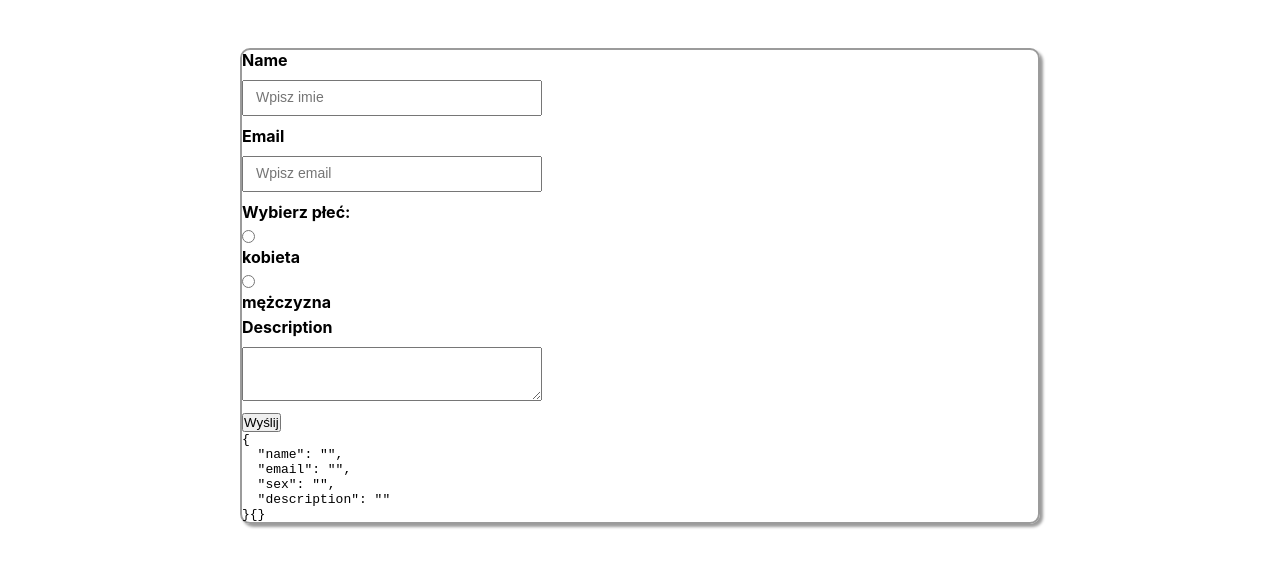
Repository: KrzysKolo/sr_tydzien4_zad3
Page: /
The author's editor kept a copy of each file at every save. The page is drawn from the files as they stood at one save, then again after the next save.
The browser window is 1280 px wide. The pictures show the whole page.
The project was rebuilt for these pictures with package versions that can differ from the ones it lists, and the page was loaded fresh each time. Also part of the build but not shown: src/components/FormComponents/TextError.js.

Above is the page before, as saved 2020-11-19 13:38:21.

### src/App.js
import React from 'react';
import './App.css';
import FormikContainer from './components/Formik/FormikContainer';
const App = () => {
  return (
    <main className="App">
      <FormikContainer />
    </main>
   );
}

export default App;

### src/App.css
* {
  margin: 0;
  padding: 0;
  box-sizing: border-box;
}
.form-wrapper {
  margin: 3rem auto;
  width: 800px;
  border: 2px solid rgb(155, 155, 155);
  border-radius: 10px;
  box-shadow: 3px 3px 3px rgb(155, 155, 155);
}

label {
  font-weight: bold;
  display: flex;
  margin-bottom: 5px;
}
input[type="text"],
input[type="email"],
textarea {
  display: block;
  width: 300px;
  padding: 6px 12px;
  font-size: 14px;
  line-height: 1.4285;
  color: #555;
  margin: 10px 0;
}

.error {
  color: red;
}

### src/components/Formik/FormikContainer.js
import React from 'react';
import { Formik, Form } from 'formik';
import * as yup from 'yup';
import FormikControl from './FormikControl';
import RadioOptions from './../../data/RadioOptions';

const FormikContainer = () => {
    const initialValues = {
        name: '',
        email: '',
        sex: '',
        description: '',
    }

    const validationSchema = yup.object({
        name: yup.string().required("Imię jest obowiązkowe!").min(2,"Twóje imię musi mieć więcej niż 2 znaki!").max(30,'Twoje imię może mieć maxymalnie 30 znaków!'),
        email: yup.string().required("Email jest wymagany").email("Adres zawiera błędy"),
        sex: yup.string().required('Zaznacz jedną wartość'),
        description: yup.string().required('Wpisz kilka słów').min(2, "Wpisz co najmniej 2 znaki").max(250, "Możesz wpisać max. 250 znaków"),
    });

    const onSubmit = values => {console.log('Form data: ', values)};
    return (
        <Formik
            initialValues={initialValues}
            validationSchema={validationSchema}
            onSubmit={onSubmit}
        >
            { ({formik, values, errors}) => (
                <Form className="form-wrapper">
                    <section className="section">
                        <FormikControl control='input' type='text' label='Name' name='name' placeholder="Wpisz imie"/>
                        <FormikControl control='input' type='email' label='Email' name='email' placeholder="Wpisz email"/>
                    </section>
                    <section className="section">
                        <FormikControl control='radio' label='Wybierz płeć: ' name='sex' options={RadioOptions}/>
                    </section>
                    <section className="section">
                        <FormikControl control='textarea' label='Description' name='description'/>
                    </section>
                    <button type="submit">Wyślij</button>
                    <pre>
                        {JSON.stringify(values, null, 2)}
                        {JSON.stringify(errors, null, 2)}

                    </pre>

                </Form>
            )

            }

        </Formik>
    )
}
export default FormikContainer;

### src/components/Formik/FormikControl.js
import Input from './../FormComponents/Input';
import Radio from './../FormComponents/Radio';
import TextArea from './../FormComponents/TextArea';

const FormikControl = (props) => {
    const { control, ...rest } = props;
    switch(control) {
        case 'input': return <Input {...rest} />
        case 'radio': return <Radio {...rest} />
        case 'textarea': return <TextArea {...rest} />
        default: return null
    }
}

export default FormikControl;

### src/data/RadioOptions.js
const RadioOptions=[
    { id: 0, value: "kobieta", label: 'kobieta' },
    { id: 1, value: "mężczyzna", label: 'mężczyzna' },
   ];
export default RadioOptions;

### src/components/FormComponents/Input.js
import React from 'react';
import{ Field, ErrorMessage } from 'formik';
import TextError from './TextError';

const Input = (props) => {
    const { label, name, ...rest } = props;
    return (
        <div className="form-control">
             <label htmlFor={name}>{label}</label>
            <Field id={name} name={name} {...rest} />
            <ErrorMessage name={name} component={TextError} />
        </div>
     );
}

export default Input;

### src/components/FormComponents/Radio.js
import React from 'react';
import{ Field, ErrorMessage } from 'formik';
import TextError from './TextError';

const Radio = (props) => {
    const { label, name, options, ...rest } = props;
    return (
        <div className="form-control">
            <label htmlFor={name}>{label}</label>
            <div className="radio-row">
                <Field name={name} {...rest}>
                    {
                    ({ field }) => {
                        return options.map(option => {
                            return (
                                <div className="radio-row" key={option.id} >
                                    <input type='radio' id={option.id} {...field} value={option.value} checked={field.value === option.value}/>
                                    <label htmlFor={option.id}>{option.label}</label>
                                </div>
                            )
                        })
                    }
                    }
                </Field>
            </div>
            <ErrorMessage name={name} component={TextError} />
        </div>
     );
}

export default Radio;

### src/components/FormComponents/TextArea.js
import React from 'react';
import{ Field, ErrorMessage } from 'formik';
import TextError from './TextError';

const TextArea = (props) => {
    const { label, name, ...rest } = props;
    return (
        <div className="form-control">
            <label htmlFor={name}>{label}</label>
            <Field as ='textarea' id={name} name={name} {...rest} />
            <ErrorMessage name={name} component={TextError} />
        </div>
     );
}

export default TextArea;

Loaded but not shown: public/index.html (common file); src/index.js (common file); src/index.css (common file)

After the next save:
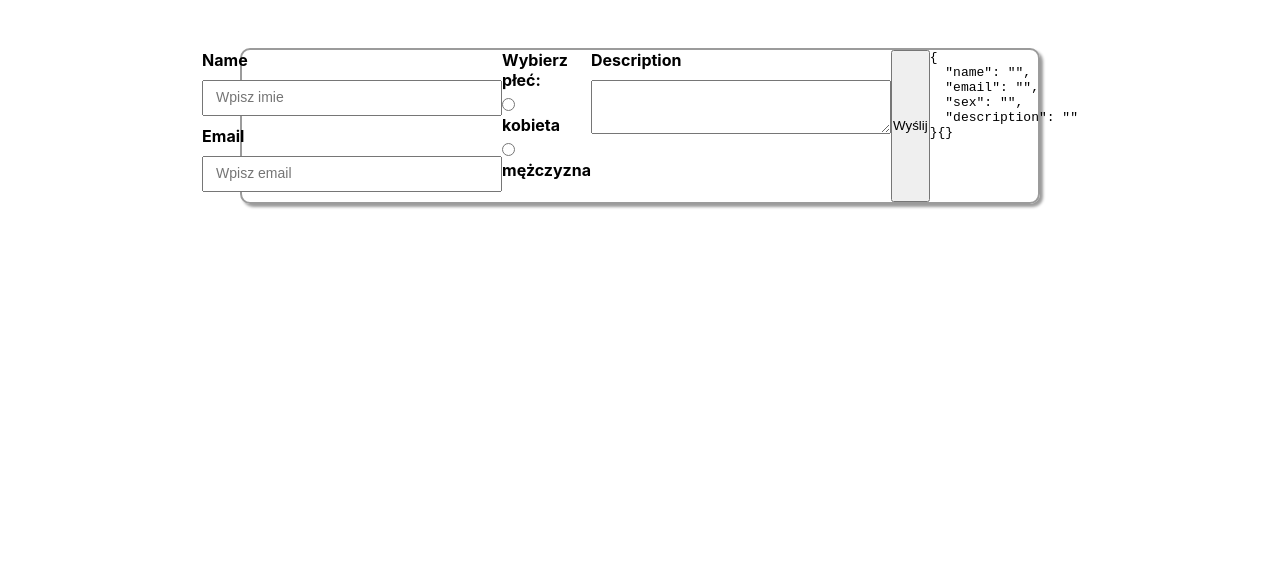
Saved 81 s later.
--- a/src/App.css
+++ b/src/App.css
@@ -9,6 +9,9 @@
   border: 2px solid rgb(155, 155, 155);
   border-radius: 10px;
   box-shadow: 3px 3px 3px rgb(155, 155, 155);
+  display: flex;
+  flex-direction: row;
+  justify-content: center;
 }
 
 label {
